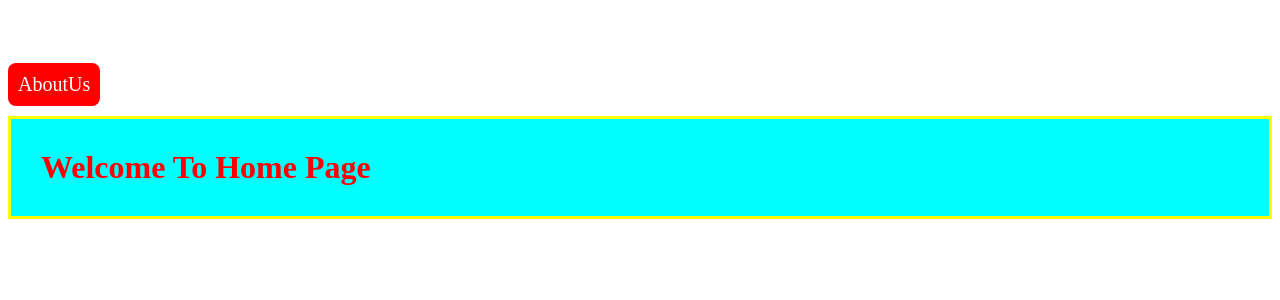
Repository: Raviteja6671/Django
Page: http://localhost/home/
An editor plug-in stored every save of this project. The page is shown before and after the next save, followed by the edit.
The browser window is 1280 px wide. The pictures show the whole page.
The page is served by the project's application, run on Django 5.2 (myProject/manage.py).

Above is the page before, as saved 2025-12-07 20:08:27.

After the next save:
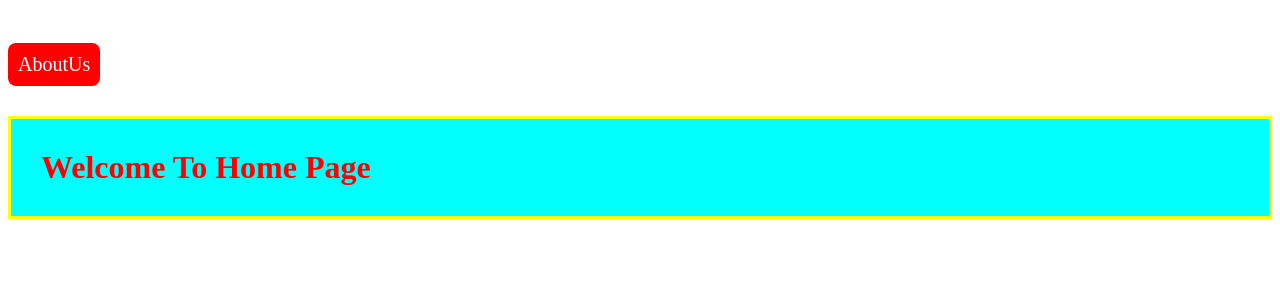
Saved 26 s later.
--- a/myProject/basic/templates/home.html
+++ b/myProject/basic/templates/home.html
@@ -23,7 +23,7 @@
             margin-top: 30px;
             border-radius: 8px;
             position: relative;
-            top: 25px;
+            top: 5px;
         }
     </style>
 
